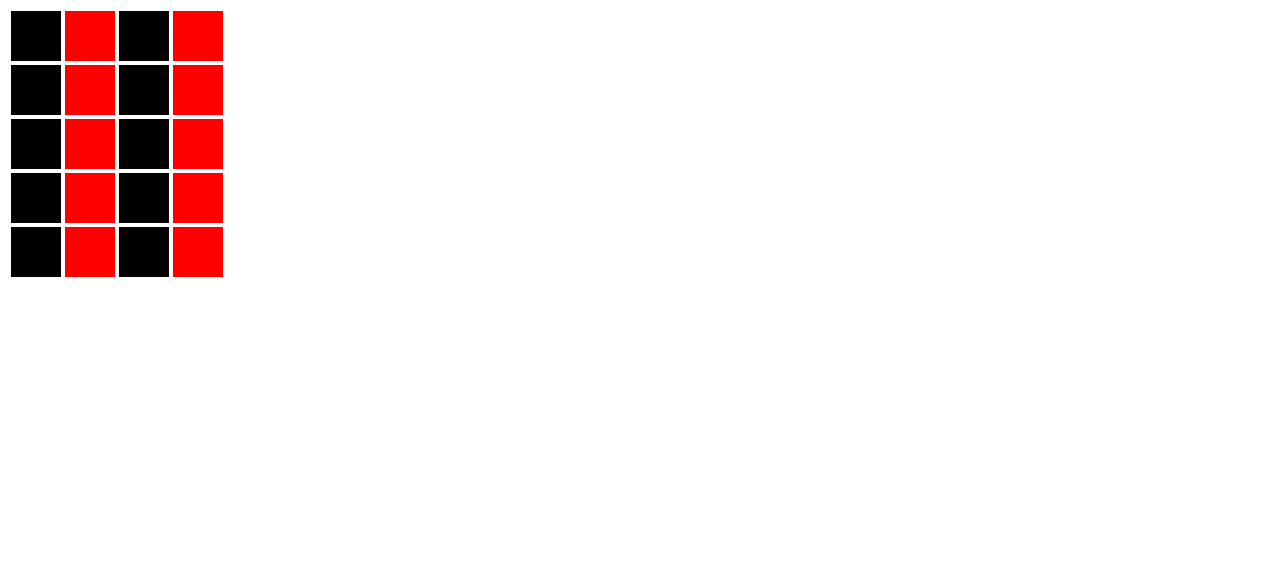
Repository: andrewjknell/JavaSpring
Page: http://localhost/CheckerBoard/NewFile.jsp
These files come from the project's save history. The page is drawn as it stood at one moment and after the next save; the edit follows.
The browser window is 1280 px wide. The pictures show the whole page.
The page is served by Tomcat 9.

Above is the page before, as saved 2019-11-01 23:17:56.

### CheckerBoard/WebContent/NewFile.jsp
<%@ page language="java" contentType="text/html; charset=ISO-8859-1"
    pageEncoding="ISO-8859-1"%>
<!DOCTYPE html>
<html>
<head>
<meta charset="ISO-8859-1">
<link href="style.css" rel="stylesheet"/>
<title>Insert title here</title>
</head>
<body>

	 	<table>
	 		<% for(int red = 0; red < 5; red++){ %>
	 		<tr>
			<% for(int black = 0; black < 5/2; black++){ %>
	 			<td><div class="black"></div></td>
	 			<td><div class="red"></div></td>
			<%} %>
	 		</tr>
	 		<%} %>
	 	</table>

</body>
</html>

### CheckerBoard/WebContent/style.css
@charset "ISO-8859-1";
.black{
	height: 50px;
	width: 50px;
	background-color: black;
}
.red{
	height: 50px;
	width: 50px;
	background-color: red;
}

After the next save:
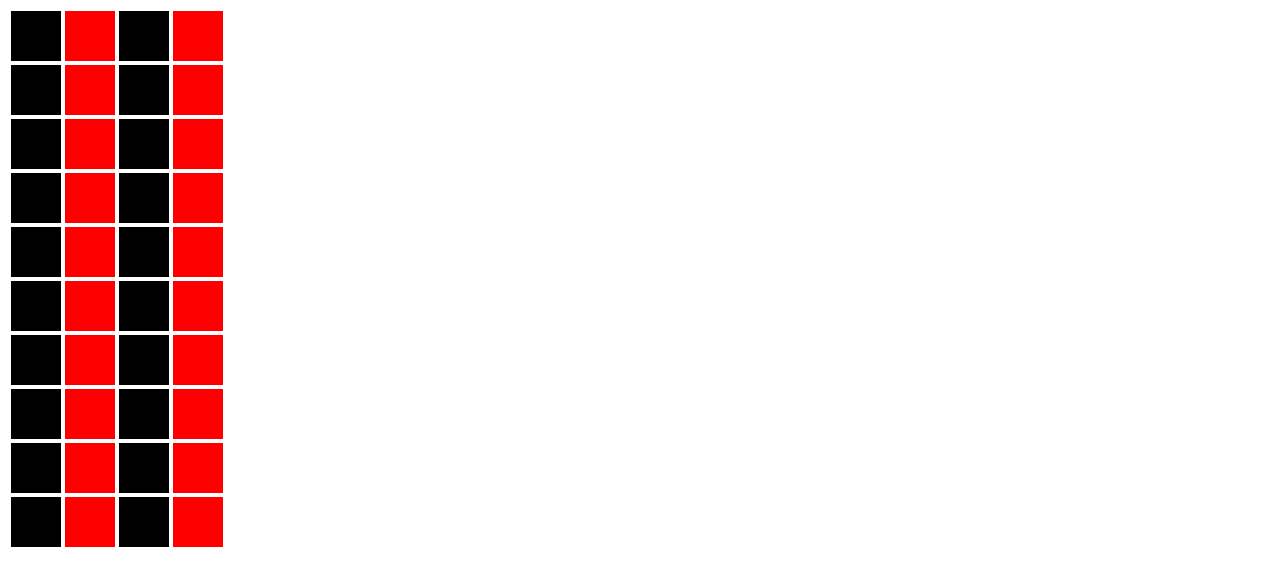
Saved 31 s later.
--- a/CheckerBoard/WebContent/NewFile.jsp
+++ b/CheckerBoard/WebContent/NewFile.jsp
@@ -10,7 +10,7 @@
 <body>
 
 	 	<table>
-	 		<% for(int red = 0; red < 5; red++){ %>
+	 		<% for(int red = 0; red < 10; red++){ %>
 	 		<tr>
 			<% for(int black = 0; black < 5/2; black++){ %>
 	 			<td><div class="black"></div></td>
